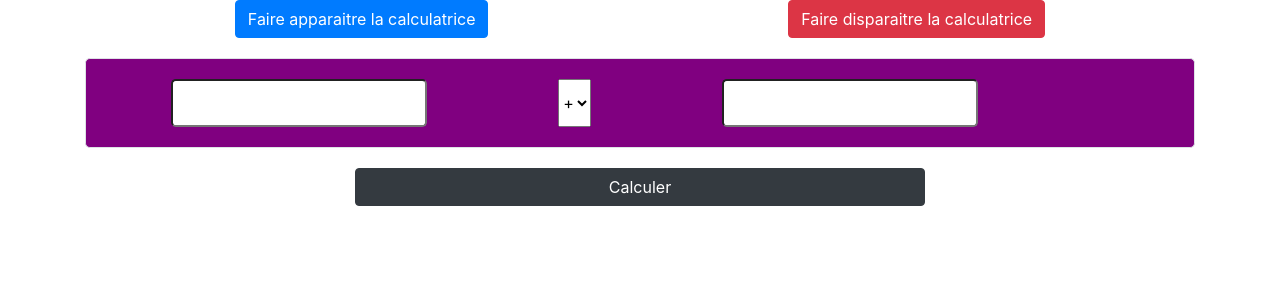
Repository: julieLyM/calculatrice
Page: calculatrice.html
These files come from the project's save history. The page is drawn as it stood at one moment and after a run of saves; the edit follows.
The browser window is 1280 px wide. The pictures show the whole page.

Above is the page before, as saved 2020-12-08 15:24:33.

### calculatrice.html
<!DOCTYPE html>
<html lang="fr">
  <head>
    <meta charset="UTF-8">
    <meta name="viewport" content="width=device-width, initial-scale=1.0">
		<link rel="stylesheet" href="https://cdn.jsdelivr.net/npm/bootstrap@4.5.3/dist/css/bootstrap.min.css" integrity="sha384-TX8t27EcRE3e/ihU7zmQxVncDAy5uIKz4rEkgIXeMed4M0jlfIDPvg6uqKI2xXr2" crossorigin="anonymous">

    <title>exercice calculatrice</title>
  </head>
  <body>
    <div class="container-fluid">
      <div class="container">
        <div class="row justify-content-around" style="margin: 0 auto; text-align:center">
            <button class="btn btn-primary" id="appear" >Faire apparaitre la calculatrice </button>
            <button class="btn btn-danger" id="disapear">Faire disparaitre la calculatrice</button>
        </div>

        <div class="row justify-content-around border w-100 rounded-lg"  id="blocCal"  style="padding: 20px;margin: 20px auto; text-align:center; background-color: purple">

          <input type="text" class="rounded-lg" value="" id="nombre1">

          <select name="calcul" id="operateur">
            <option>+</option>
            <option>-</option>
            <option>*</option>
            <option>/</option>
          </select>

          <input type="text" class="rounded-lg" value="" id="nombre2">
          <br>
          <br>
        </div>

        <div class="row justify-content-center" style="margin-top: 20px">
          <button type="button" class="btn btn-dark w-50" id="calculer">Calculer</button>
        </div>

        <br>
        <div class="row justify-content-center">
          <div id="message"></div>
        </div>
        </div>
      </div>
    <!--APPEL JQUERY-->
		<script src="https://code.jquery.com/jquery-3.5.1.min.js" integrity="sha256-9/aliU8dGd2tb6OSsuzixeV4y/faTqgFtohetphbbj0=" crossorigin="anonymous"></script>
		<script src="https://cdn.jsdelivr.net/npm/bootstrap@4.5.3/dist/js/bootstrap.bundle.min.js" integrity="sha384-ho+j7jyWK8fNQe+A12Hb8AhRq26LrZ/JpcUGGOn+Y7RsweNrtN/tE3MoK7ZeZDyx" crossorigin="anonymous"></script>
    <!--NOTRE CODE JS-->
    <script src="calculatrice.js"></script>
  </body>
</html>

### calculatrice.js
//Etapes :
// --------
// - faire une page html
// - créer deux input type text avec deux id différent pour la saisie des valeurs
// - créer un select avec un id pour proposer les différents opérateurs. (+-*/    ** %)
// - créer un bouton avec un id pour lancer le calcul (button, span)

// Avec js :
// ---------
// - lors du click  sur le bouton (evenement) :
// - récupérer les deux saisies des champs text et l'opérateur selectionné

// - il peut être important de passer les saisies dans un parseFloat() pour les transformer en type number
// - declencher le calcul des saisies selon  l'opérateur avec un if qui va tester l'opérateur pour déclencher l'opération.
// - afficher l'opération avec le résultat.

// Pour aller plus loin :
// ----------------------
// - essayer de donner la possibilité de faire apparaitre ou disparaitre la calculatrice

$(document).ready(function () {
  $('#appear').on('click', function () {
    $('#blocCal').slideDown(1000);
  });

  // Cacher la  calculatrice :
  $('#disapear').on('click', function () {
    $('#blocCal').slideUp(1000);
  });

  $('#calculer').on('click', function () {
    var value1 = $('#nombre1').val();
    var signe = $('#operateur').val();
    var value2 = $('#nombre2').val();

    value1 = parseFloat(value1);
    value2 = parseFloat(value2);
    var resultat = '';

    if (signe == '+') {
      resultat = $('#message').html(
        '<div style="background-color: pink;color: yellow; text-align: center;font-size:26px; padding:20px">Résultat addition: ' +
          value1 +
          signe +
          value2 +
          ' = ' +
          (value1 + value2) +
          '</div>'
      );
    } else if (signe == '-') {
      resultat = resultat = $('#message').html(
        '<div style="background-color: pink;color: blue; text-align: center;font-size:26px; padding:20px">Résultat soustration: ' +
          value1 +
          signe +
          value2 +
          ' = ' +
          (value1 - value2) +
          '</div>'
      );
    } else if (signe == '*') {
      resultat = resultat = $('#message').html(
        '<div style="background-color: pink;color: purple; text-align: center;font-size:26px; padding:20px">Résultat multiplication: ' +
          value1 +
          signe +
          value2 +
          ' = ' +
          value1 * value2 +
          '</div>'
      );
    } else if (signe == '/') {
      resultat = resultat = $('#message').html(
        '<div style="background-color: pink;color: green; text-align: center;font-size:26px; padding:20px">Résultat division: ' +
          value1 +
          signe +
          value2 +
          ' = ' +
          value1 / value2 +
          '</div>'
      );
    }
  });

  $('#nombre1, #nombre2').on('mouseover', function () {
    $('#message').html(
      `<div style="background-color: pink;color: red; padding:20px">Saisir un chiffre</div>`
    );
  });

  $('#nombre1, #nombre2').on('mouseout', function () {
    $('#message').html('');
  });

  $('#operateur').on('mouseover', function () {
    $('#message').html(
      `<div style="background-color: pink;color: red; padding:20px">Saisir un opérateur + - / *</div>`
    );
  });
  $('#operateur').on('mouseout', function () {
    $('#message').html('');
  });
});

After the next 2 saves:
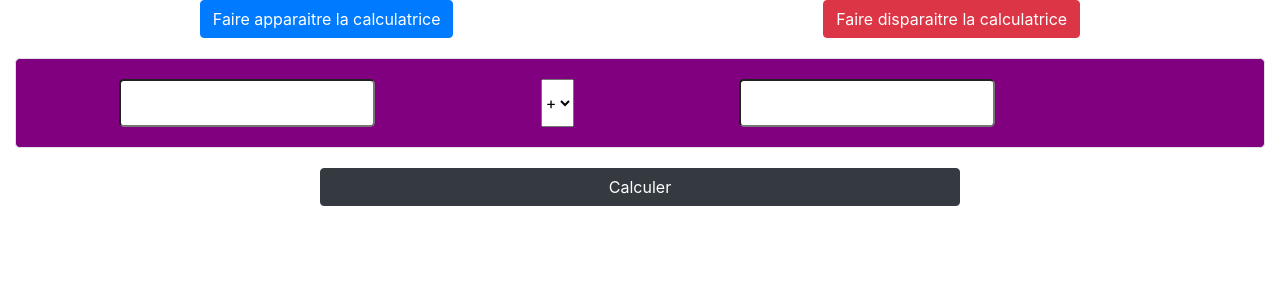
The 2 saves are shown as one change because they came seconds apart.
The last was saved 21 s later.
--- a/calculatrice.html
+++ b/calculatrice.html
@@ -9,7 +9,6 @@
   </head>
   <body>
     <div class="container-fluid">
-      <div class="container">
         <div class="row justify-content-around" style="margin: 0 auto; text-align:center">
             <button class="btn btn-primary" id="appear" >Faire apparaitre la calculatrice </button>
             <button class="btn btn-danger" id="disapear">Faire disparaitre la calculatrice</button>
@@ -39,7 +38,6 @@
         <div class="row justify-content-center">
           <div id="message"></div>
         </div>
-        </div>
       </div>
     <!--APPEL JQUERY-->
 		<script src="https://code.jquery.com/jquery-3.5.1.min.js" integrity="sha256-9/aliU8dGd2tb6OSsuzixeV4y/faTqgFtohetphbbj0=" crossorigin="anonymous"></script>
